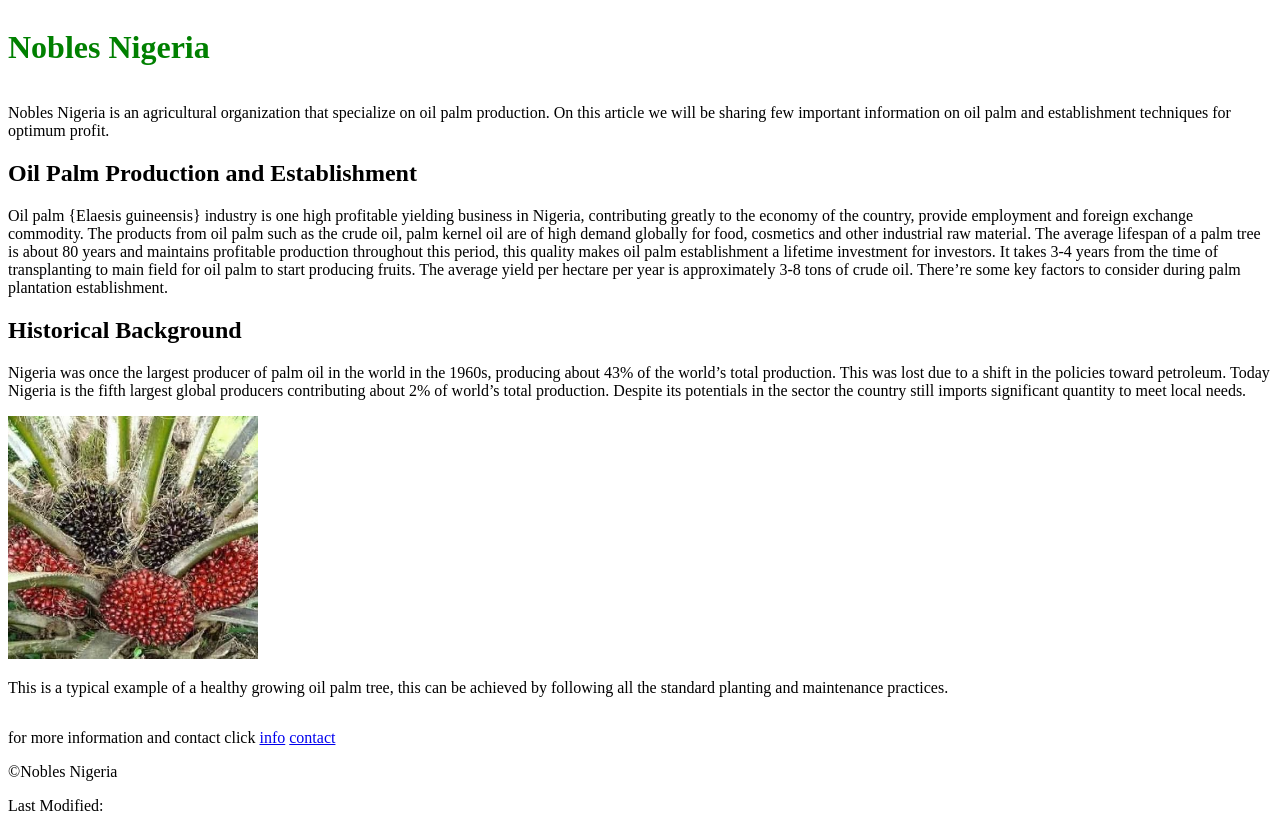
Repository: NoblesNigeria/wdd131
Page: wdd131-project/course-project.html
An editor plug-in stored every save of this project. The page is shown before and after the next save, followed by the edit.
The browser window is 1280 px wide. The pictures show the whole page.

Above is the page before, as saved 2025-12-03 13:59:21.

After the next save:
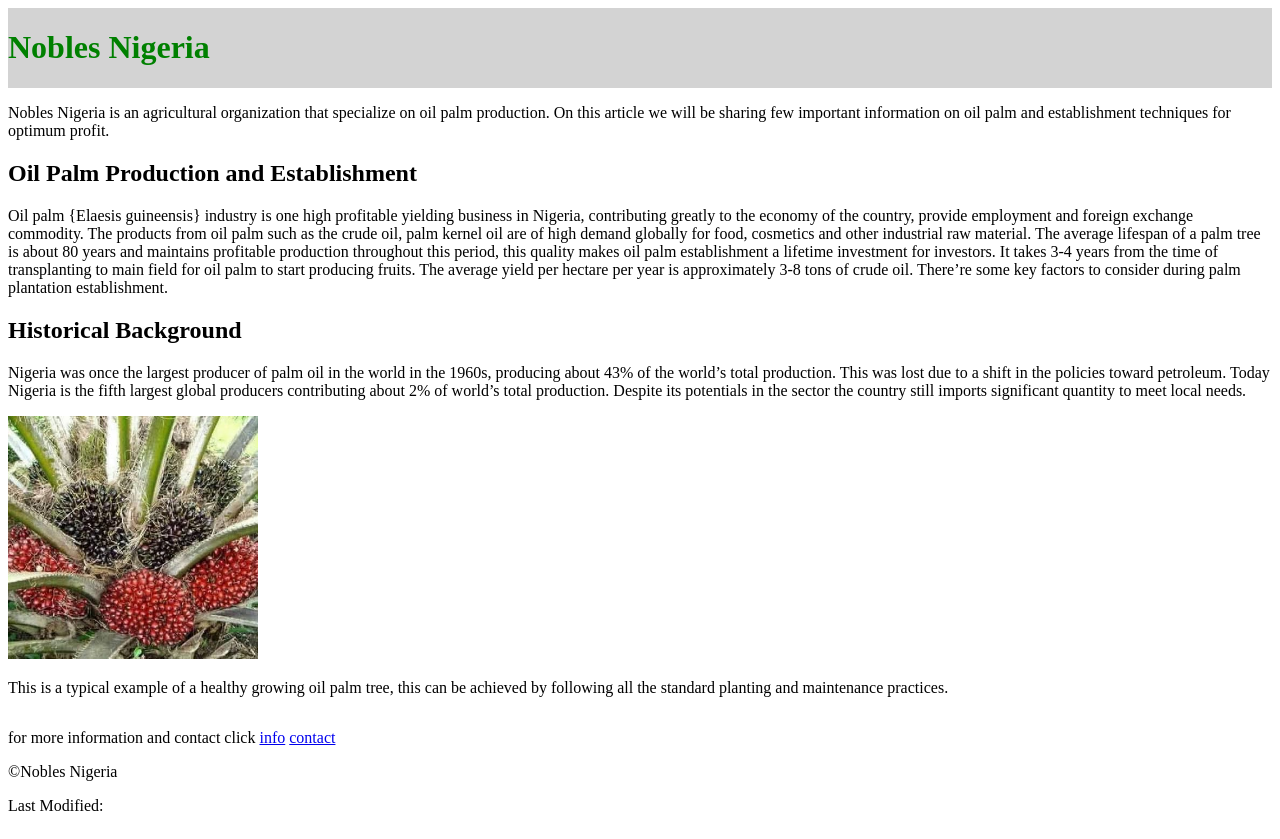
Saved 4 s later.
--- a/wdd131-project/styles/course-project-large.css
+++ b/wdd131-project/styles/course-project-large.css
@@ -3,7 +3,7 @@ body{
     grid-template-columns: (3 1fr);
 }
 header{
-    background-color: light ;
+    background-color: lightgray ;
 }
 h1{
     color:green;
